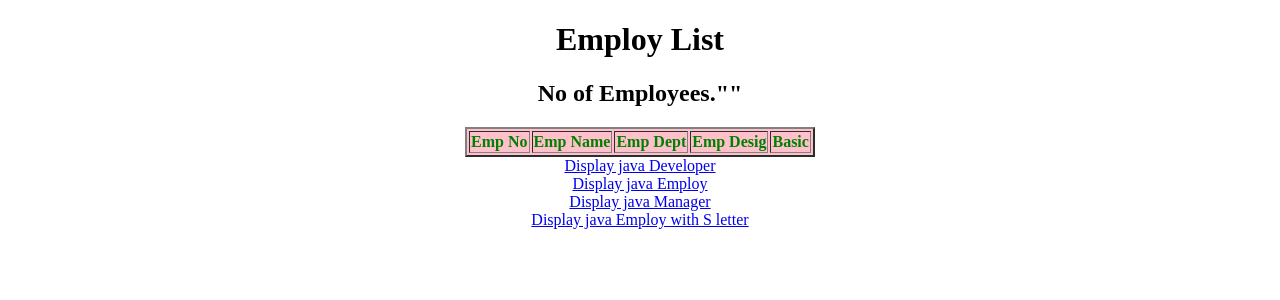
Repository: 1919satya/documents1-2
Page: http://localhost/springData/WEB-INF/views/home.jsp
These files come from the project's save history. The page is drawn as it stood at one moment and after the next save; the edit follows.
The browser window is 1280 px wide. The pictures show the whole page.
The page is served by Tomcat 9. Nobody is signed in. Other server files are loaded and not shown. The template is opened directly, without the code that normally fills it, so the values that code supplies are empty.

Above is the page before, as saved 2019-10-15 10:18:51.

### AdvanceSpring/springData/src/main/webapp/WEB-INF/views/home.jsp
<%@page contentType="text/html" pageEncoding="UTF-8"%>
<!DOCTYPE HTML PUBLIC "-//W3C//DTD HTML 4.01 Transitional//EN"
   "http://www.w3.org/TR/html4/loose.dtd">
<%@ taglib uri="http://java.sun.com/jsp/jstl/core" prefix="c"%>
<%@ taglib uri="http://www.springframework.org/tags/form" prefix="form"%>
<html>
<head>
<meta http-equiv="Content-Type" content="text/html; charset=ISO-8859-1">
<title>Insert title here</title>
</head>
<body>
	<div align="center">
		<h1>Employ List</h1>
		<h2>No of Employees."${listEmploy.size()}"</h2>
		<table border=2, bgcolor="pink">

			<th style="color: green">Emp No</th>
			<th style="color: green">Emp Name</th>
			<th style="color: green">Emp Dept</th>
			<th style="color: green">Emp Desig</th>
			<th style="color: green">Basic</th>

			<c:forEach var="emp" items="${listEmploy}">
				<tr>
					<td>${emp.empno}</td>
					<td>${emp.name}</td>
					<td>${emp.dept}</td>
					<td>${emp.desig}</td>
					<td>${emp.basic}</td>
				</tr>
			</c:forEach>
		</table>
		<a href="/displayjavadeveloper" />Display java Developer </a></br>
		<a href="/displayjavaemploy" />Display java Employ </a></br>
		<a href="/displayjavamanager" />Display java Manager </a></br>
		<a href="/displayjavawithS" />Display java Employ with S letter </a></br>
	</div>

</body>
</html>

After the next save:
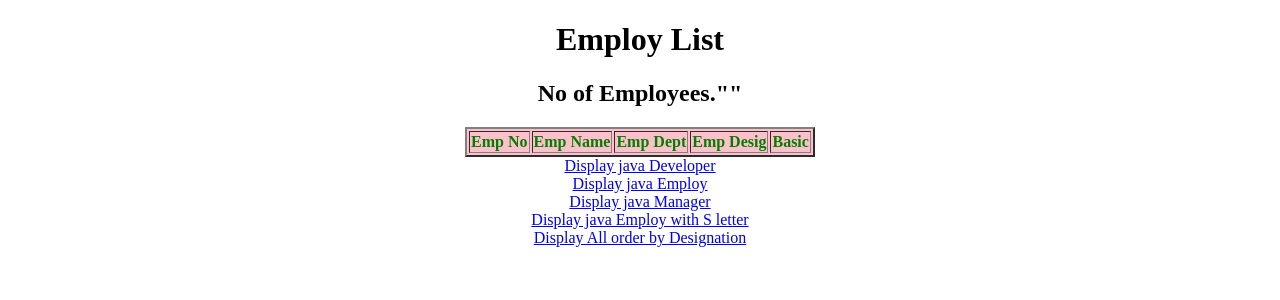
Saved 17 h 34 min later.
--- a/AdvanceSpring/springData/src/main/webapp/WEB-INF/views/home.jsp
+++ b/AdvanceSpring/springData/src/main/webapp/WEB-INF/views/home.jsp
@@ -34,6 +34,7 @@
 		<a href="/displayjavaemploy" />Display java Employ </a></br>
 		<a href="/displayjavamanager" />Display java Manager </a></br>
 		<a href="/displayjavawithS" />Display java Employ with S letter </a></br>
+		<a href="/displayAllSortByDesign" />Display All order by Designation </a></br>
 	</div>
 
 </body>
